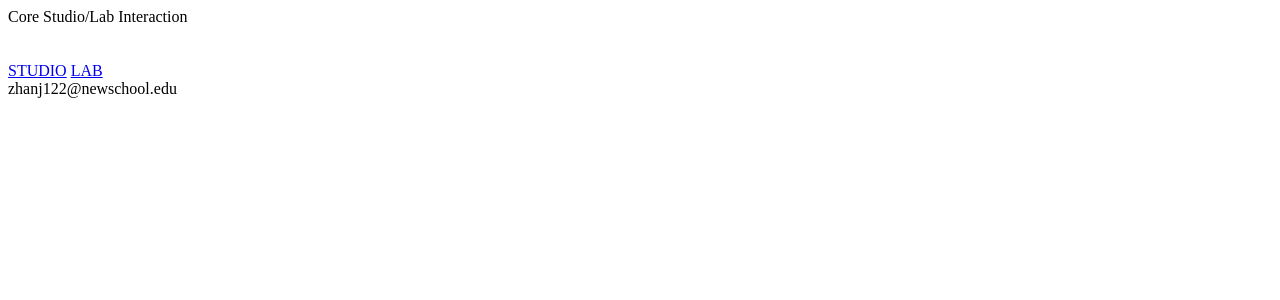
Repository: zhanj122/zhanj122.github.io
Page: index.html
The author's editor kept a record of every edit. The page is drawn from the files as they stood at one moment, then again after the next edit.
The browser window is 1280 px wide. The pictures show the whole page.

Above is the page before.

After the next edit:
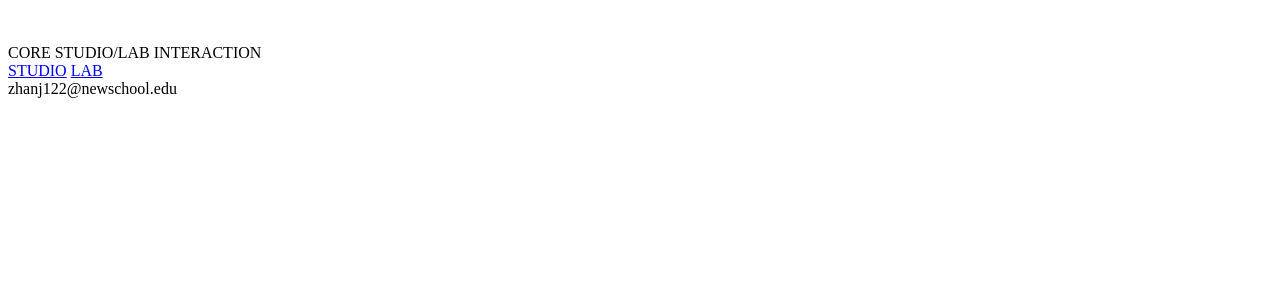
The edit:
--- a/index.html
+++ b/index.html
@@ -4,13 +4,13 @@
       <title>hello world!</title>
     </head>
 
-    <div class="tite">
-      Core Studio/Lab Interaction
-    </div>
-
   <br><br>
 
     <body>
+
+    <div class="title">
+      CORE STUDIO/LAB INTERACTION
+    </div>
 
       <a href="studio.html">STUDIO</a>
 
